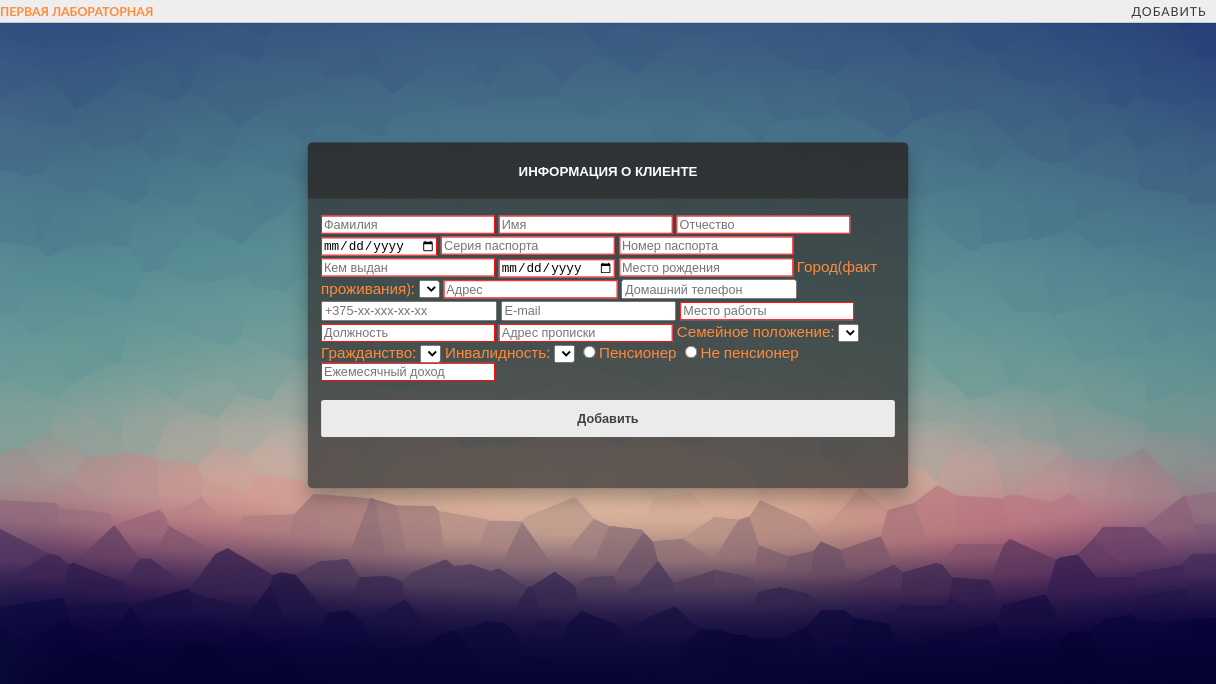
Repository: KosiloVeronika/workspace
Page: http://localhost/adbLab1/jsp/add_edit.jsp
These files come from the project's save history. The page is drawn as it stood at one moment and after the next save; the edit follows.
The browser window is 1280 px wide. The pictures show the whole page, at 95% of full size.
Backgrounds fixed to the window are drawn as part of the page. Some web libraries are served in a nearby version. The page is served by Tomcat 9. The template is opened directly, without the code that normally fills it, so the values that code supplies are empty.

Above is the page before, as saved 2015-10-12 22:04:32.

After the next save:
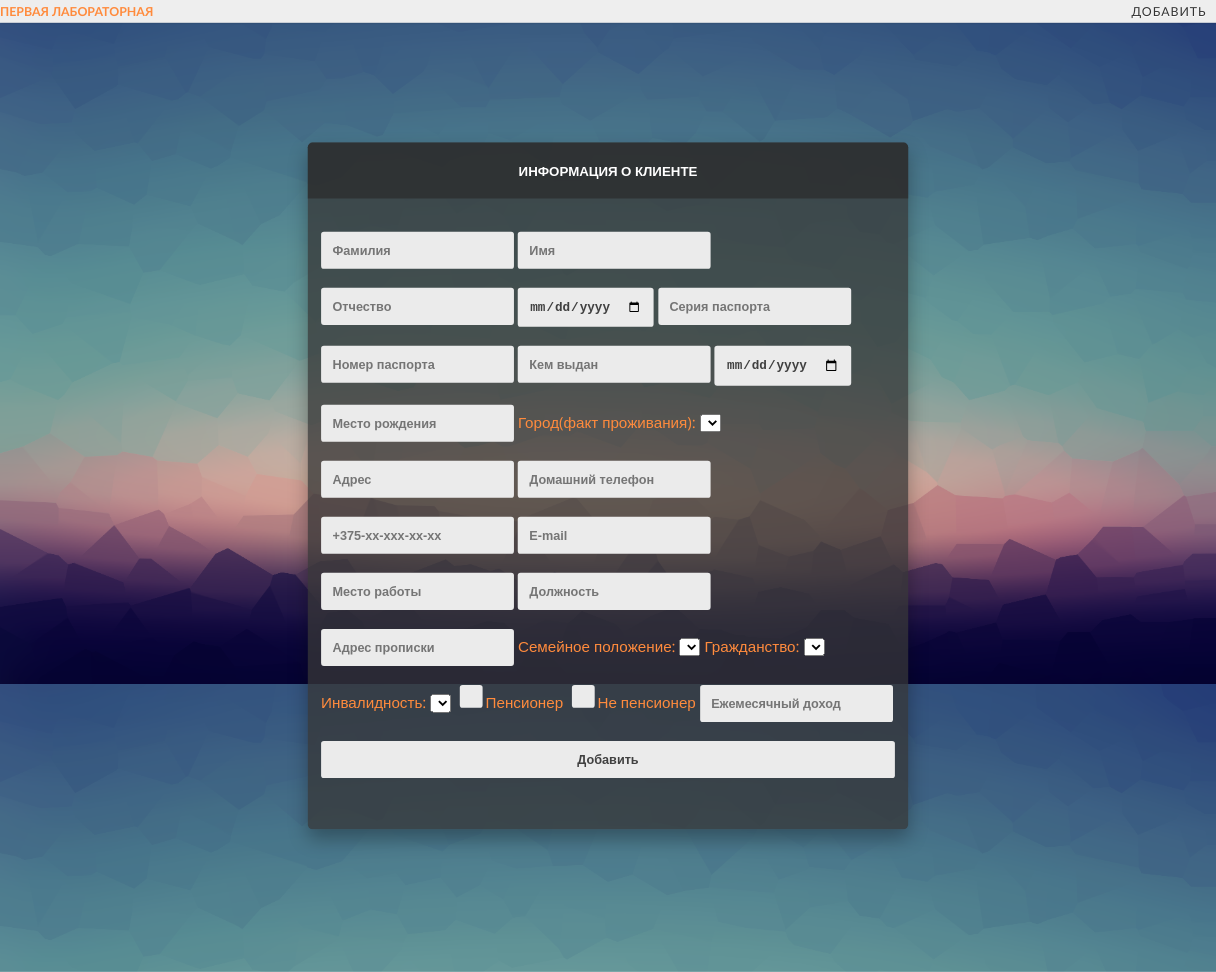
Saved 83 s later.
--- a/adbLab1/WebContent/css/style.css
+++ b/adbLab1/WebContent/css/style.css
@@ -57,7 +57,20 @@ input:required:invalid {
 #login-form fieldset {
 	border: none;
 }
-
+#login-form fieldset form input {
+	background-color: #ebebeb;
+	border: none;
+	border-radius: 3px;
+	-moz-border-radius: 3px;
+	-webkit-border-radius: 3px;
+	color: #404040;
+	cursor: pointer;
+	float: none;
+	font-weight: bold;
+	margin-top: 20px;
+	padding: 12px 12px;
+  -webkit-appearance: none;
+}
 
 
 #login-form fieldset form input[type="submit"] {
@@ -93,20 +106,7 @@ input[type="submit"]:hover {
 	background-color: #e0e0e0;
 }
 
-#login-form fieldset form input[type="reset"] {
-	background-color: #ebebeb;
-	border: none;
-	border-radius: 3px;
-	-moz-border-radius: 3px;
-	-webkit-border-radius: 3px;
-	color: #404040;
-	cursor: pointer;
-	float: none;
-	font-weight: bold;
-	margin-top: 20px;
-	padding: 12px 12px;
-  -webkit-appearance: none;
-}
+
 #login-form fieldset form input[type="submit"]:hover {
 	background-color: #e0e0e0;
 }
